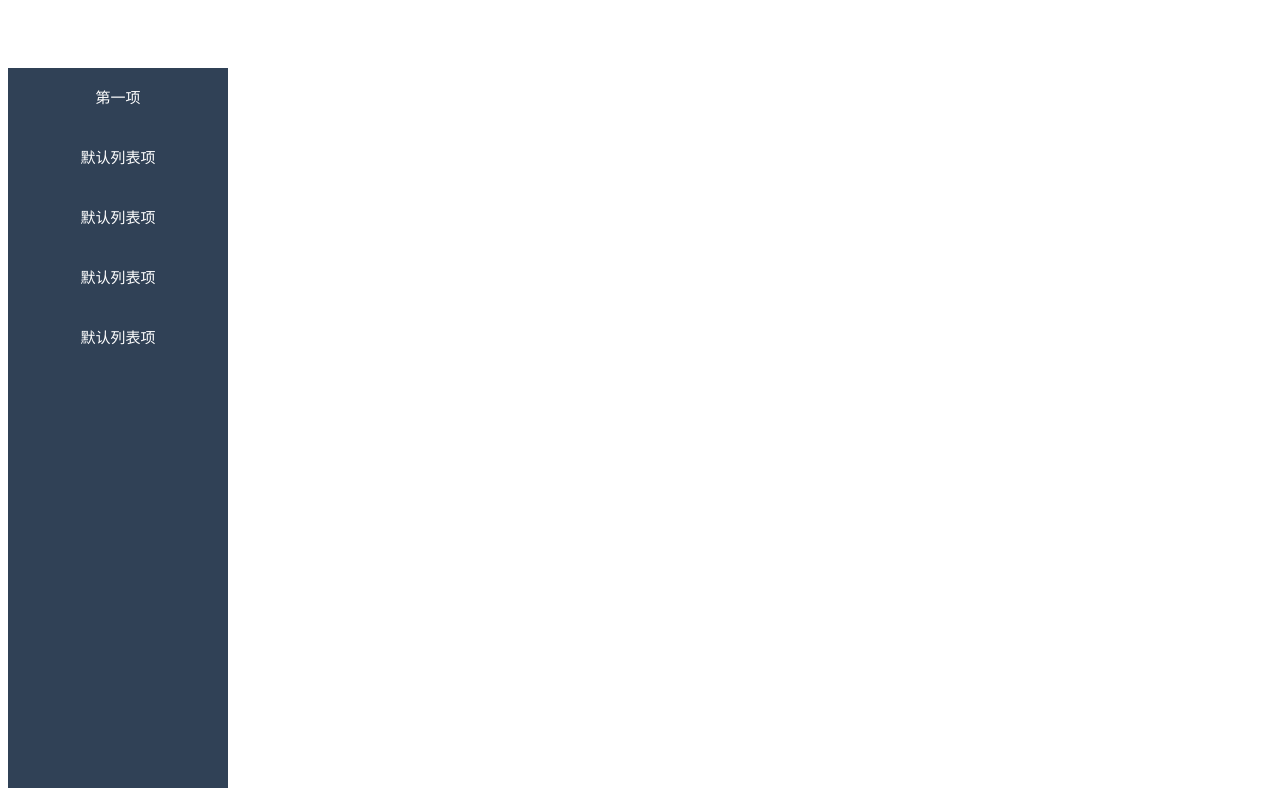
Repository: shandamengcheng/graduate-project
Page: /home
The author's editor kept a copy of each file at every save. The page is drawn from the files as they stood at one save, then again after the next save.
The browser window is 1280 px wide. The pictures show the whole page.
The project was rebuilt for these pictures with package versions that can differ from the ones it lists, and the page was loaded fresh each time. Also part of the build but not shown: src/views/Login.vue.

Above is the page before, as saved 2021-03-10 22:47:15.

### src/App.vue
<template>
  <div id="app">
    <div id="nav">
    </div>
    <router-view/>
  </div>
</template>

<style>
#app {
  font-family: Avenir, Helvetica, Arial, sans-serif;
  -webkit-font-smoothing: antialiased;
  -moz-osx-font-smoothing: grayscale;
  text-align: center;
  color: #2c3e50;
}

#nav {
  padding: 30px;
}

#nav a {
  font-weight: bold;
  color: #2c3e50;
}

#nav a.router-link-exact-active {
  color: #42b983;
}
</style>

### src/router/index.js
import Vue from 'vue'
import VueRouter from 'vue-router'
import Home from '../views/Home.vue'
import Login from '../views/Login.vue';

Vue.use(VueRouter)

const routes = [
  {
    path: '/',
    name: 'Login',
    component: Login
  },
  {
    path: '/home',
    name: Home,
    component: Home
  }
]

const router = new VueRouter({
  mode: 'history',
  base: process.env.BASE_URL,
  routes
})

export default router

### src/views/Home.vue
<template>
  <div class="home">
    <SideBar />
  </div>
</template>

<script>
// @ is an alias to /src
import Login from "@/views/Login";
import SideBar from "@/views/SideBar";

export default {
  name: 'Home',
  components: {
    Login,
    SideBar,
  }
}
</script>

<style scoped>
  .home {
    min-height: 100%;
    width: 100%;
    /* background-color: #2d3a4b;
    color: white; */
    overflow: hidden;
  }
</style>

### src/views/SideBar.vue
<template>
  <div class="sidebar">
    <SideBarItem>
      <div>第一项</div>
    </SideBarItem>
    <SideBarItem />
    <SideBarItem />
    <SideBarItem />
    <SideBarItem />
  </div>
</template>

<script>
import SideBarItem from "@/components/SideBarItem";

export default {
  name: "SideBar",
  components: {
    SideBarItem,
  }
}
</script>

<style scoped>
.sidebar {
  width: 220px;
  height: 100vh;
  background: #304156;
  color: white;
  font-size: 15px;
  text-align: center;
  display: flex;
  flex-direction: column;
}
</style>

### src/components/SideBarItem.vue
<template>
  <div class="sidebar-item" @click="showSearchView">
    <slot>默认列表项</slot>
  </div>
</template>

<script>
export default {
  name: "SideBarItem",
  methods: {
    showSearchView: function() {
      this.$router.push('/home/search');
    }
  }
}
</script>

<style scoped>
.sidebar-item {
  height: 60px;
  padding: 0 10px;
  line-height: 60px;
  border: none;
  outline: none;
  cursor: pointer;
  display: flex;
  justify-content: center;
}
.sidebar-item img {
  /* display: inline-block; */
  align-self: center;
  height: 50%;
  vertical-align: middle;
  width: 15%;
  /* margin-right: 5px; */
}
.sidebar-item div {
  width: 60%;
  /* display: inline-block; */
}
</style>

Loaded but not shown: public/index.html (common file); src/main.js (common file); src/store/index.js (common file)

After the next save:
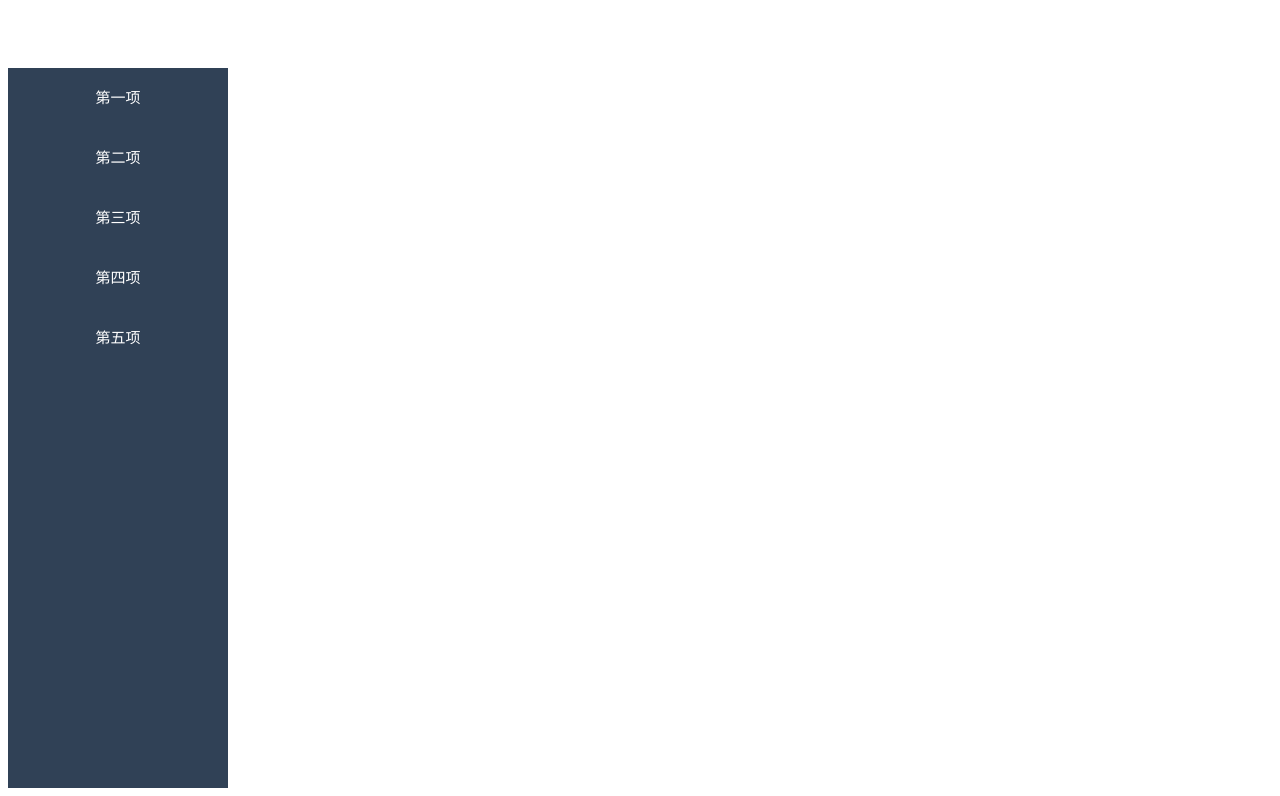
Saved 67 s later.
--- a/src/views/SideBar.vue
+++ b/src/views/SideBar.vue
@@ -3,10 +3,18 @@
     <SideBarItem>
       <div>第一项</div>
     </SideBarItem>
-    <SideBarItem />
-    <SideBarItem />
-    <SideBarItem />
-    <SideBarItem />
+    <SideBarItem>
+      <div>第二项</div>
+    </SideBarItem>
+    <SideBarItem>
+      <div>第三项</div>
+    </SideBarItem>
+    <SideBarItem>
+      <div>第四项</div>
+    </SideBarItem>
+    <SideBarItem>
+      <div>第五项</div>
+    </SideBarItem>
   </div>
 </template>
 
